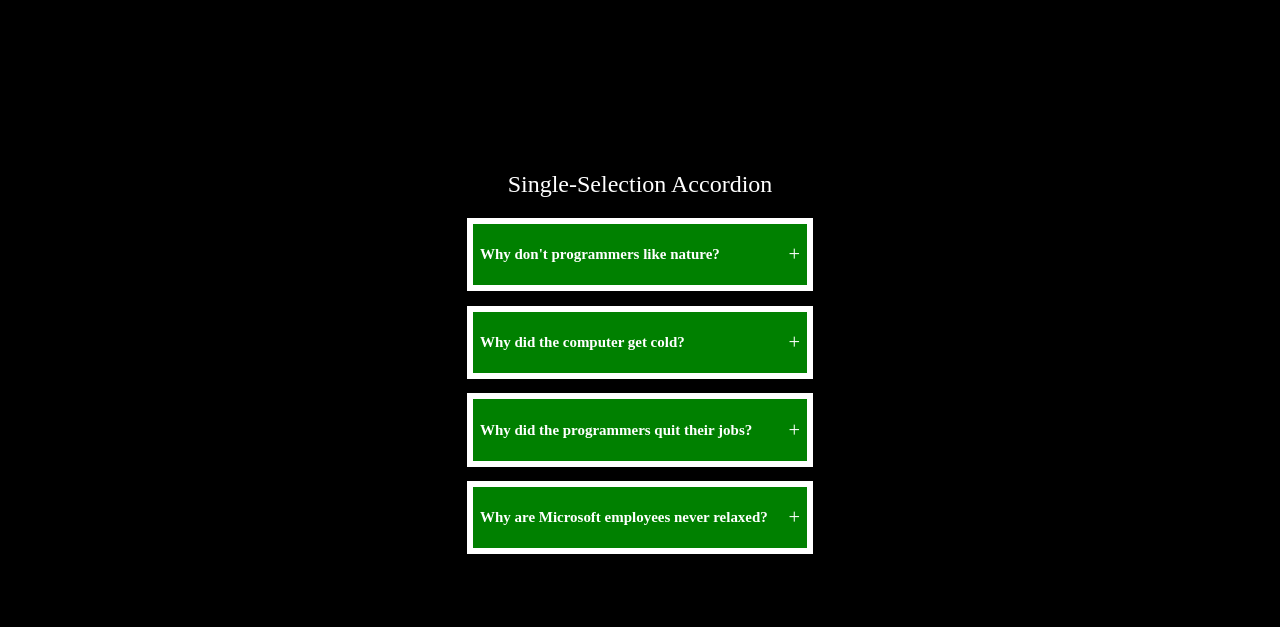
Repository: kosenijr/react-projects
Page: / (app in accordion/)
The author's editor kept a copy of each file at every save. The page is drawn from the files as they stood at one save, then again after the next save.
The browser window is 1280 px wide. The pictures show the whole page.
The project was rebuilt for these pictures with package versions that can differ from the ones it lists, and the page was loaded fresh each time.

Above is the page before, as saved 2024-03-03 01:27:32.

### accordion/src/App.js
import React from "react";
import "./App.css";
import SingleSelection from "./components/SingleSelection";

function App() {
  return (
    <div className="App">
      <SingleSelection />
    </div>
  );
}

export default App;

### accordion/src/components/SingleSelection.js
import React, { useState } from "react";
import "../styles/SingleSelection.css";
import data from "../data";

function Accordion() {
  // setting up useState
  const [selected, setSelected] = useState(null);
  // setting up handling
  const handleSingleSelection = (getCurrentId) => {
    console.log(selected, getCurrentId);
    // setSelected(getCurrentId === selected ? null : getCurrentId); // keep add condition for closure
    setSelected(selected !== getCurrentId ? getCurrentId : null);
  };

  return (
    <div className="wrapper">
      {/* single selection accordion */}
      <div className="accordion">
        <h2 className="description">Single-Selection Accordion</h2>
        {data && data.length > 0 ? (
          data.map((dataItem) => (
            <div className="item" key={dataItem.id} onClick={() => handleSingleSelection(dataItem.id)}>
              {/* always remember to add key */}
              <div className="title">
                <h3>{dataItem.question}</h3>
                <span>{selected === dataItem.id ? "-" : "+"}</span>
              </div>
              {selected === dataItem.id ? (
                <div className="content ">{dataItem.answer}</div>
              ) : null}
            </div>
          ))
        ) : (
          <div>No data found!</div>
        )}
      </div>
    </div>
  );
}

export default Accordion;

### accordion/src/styles/SingleSelection.css
.wrapper {
  display: flex;
  justify-content: center;
  align-items: center;
  height: 100vh;
  width: 100vw;
  background-color: black;
  color: white;
}

.description {
  font-family: "Raleway";
  font-weight: 500;
}

.item {
  background-color: green;
  color: white;
  font-size: 0.8em;
  font-family: "Raleway", "Times New Roman";
  margin: 2vh 0;
  padding: 1vh;
  width: 25vw;
  border: 0.5em solid white;
  cursor: pointer;
}

.title {
  display: flex;
  justify-content: space-between;
  align-items: center;
}

span {
  font-size: 1.6em;;
}

.content {
  display: flex;
  justify-content: space-between;
  color: burlywood;
  align-items: left;
  font-size: 1.2em;
  font-family:  "Raleway", "Times New Roman";
  font-weight: 600;

}

### accordion/src/data.js
const data = [
  {
    id: 1,
    question: "Why don't programmers like nature?",
    answer: "It has too many bugs!",
  },

  {
    id: 2,
    question: "Why did the computer get cold?",
    answer: "It left its Windows open.",
  },

  {
    id: 3,
    question: "Why did the programmers quit their jobs?",
    answer: "Because they didn't get arrays!",
  },

  {
    id: 4,
    question: "Why are Microsoft employees never relaxed?",
    answer: "Because they're always on Edge.",
  },
];

export default data;

Loaded but not shown: accordion/public/index.html (common file); accordion/src/index.js (common file); accordion/src/index.css (common file); accordion/src/reportWebVitals.js (common file); accordion/src/App.css (common file)

After the next save:
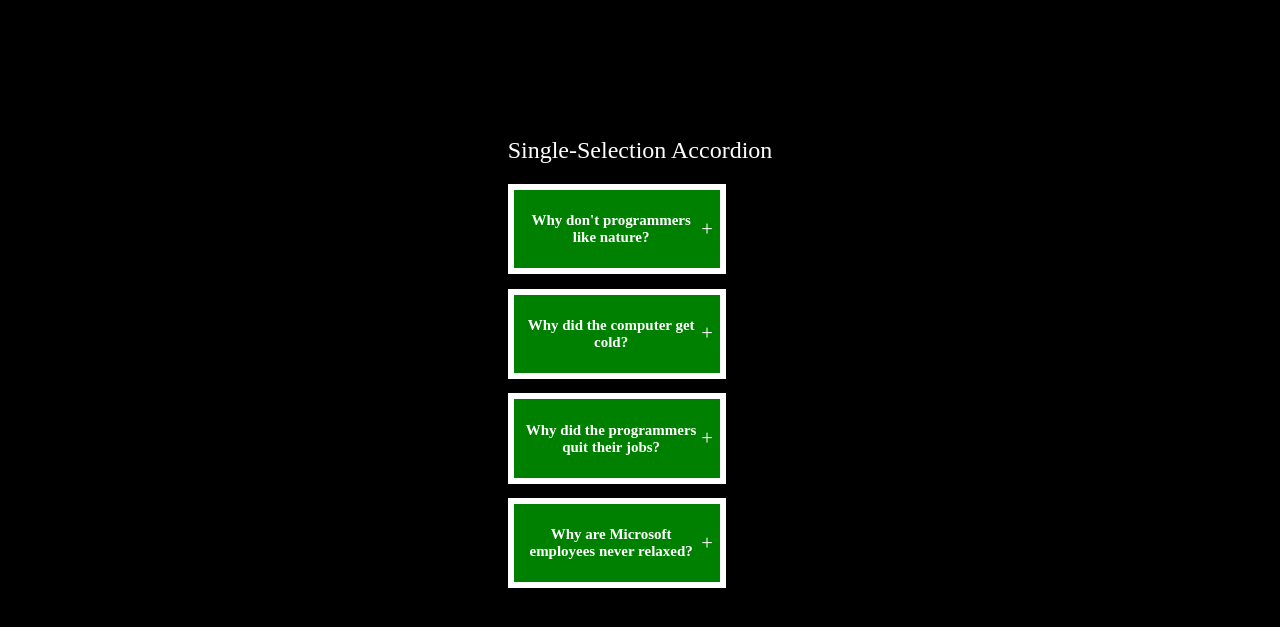
Saved 9 s later.
--- a/accordion/src/styles/SingleSelection.css
+++ b/accordion/src/styles/SingleSelection.css
@@ -20,7 +20,7 @@
   font-family: "Raleway", "Times New Roman";
   margin: 2vh 0;
   padding: 1vh;
-  width: 25vw;
+  width: 15vw;
   border: 0.5em solid white;
   cursor: pointer;
 }
